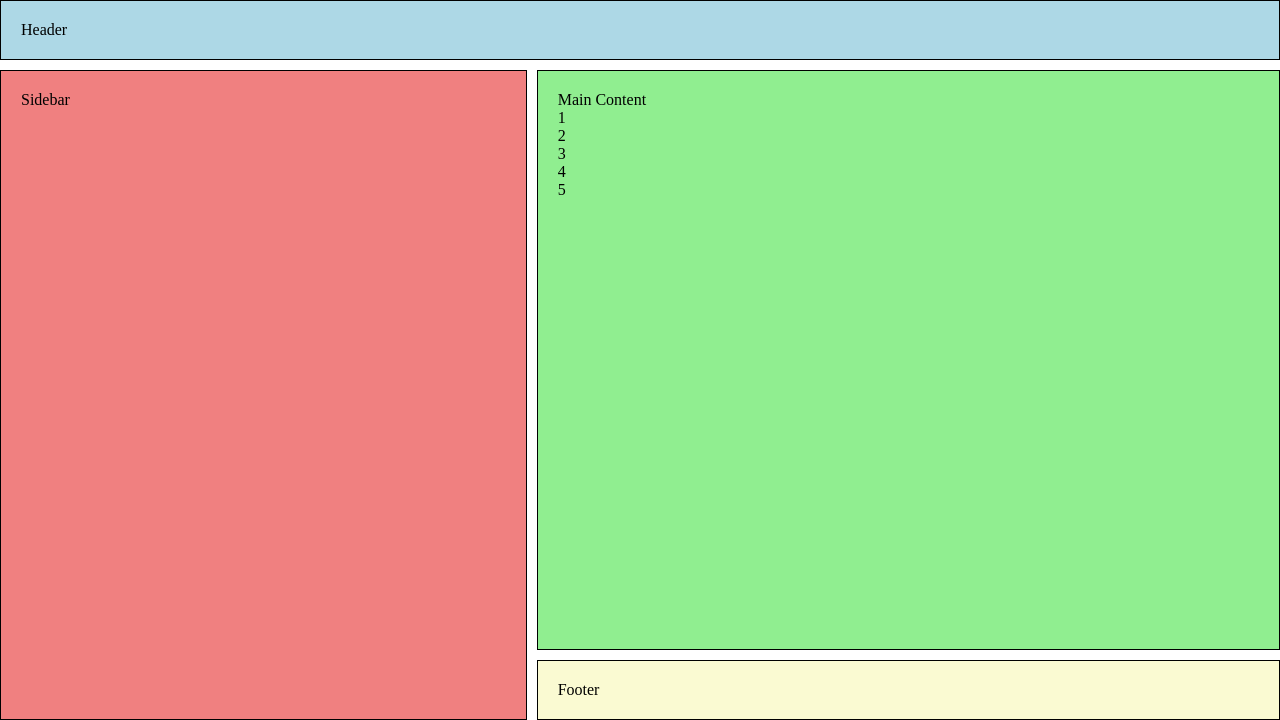
Repository: gustavotwist/desafio-grid
Page: assets/index.html
These files come from the project's save history. The page is drawn as it stood at one moment and after the next save; the edit follows.
The browser window is 1280 px wide. The pictures show the whole page.

Above is the page before, as saved 2024-08-13 19:54:30.

After the next save:
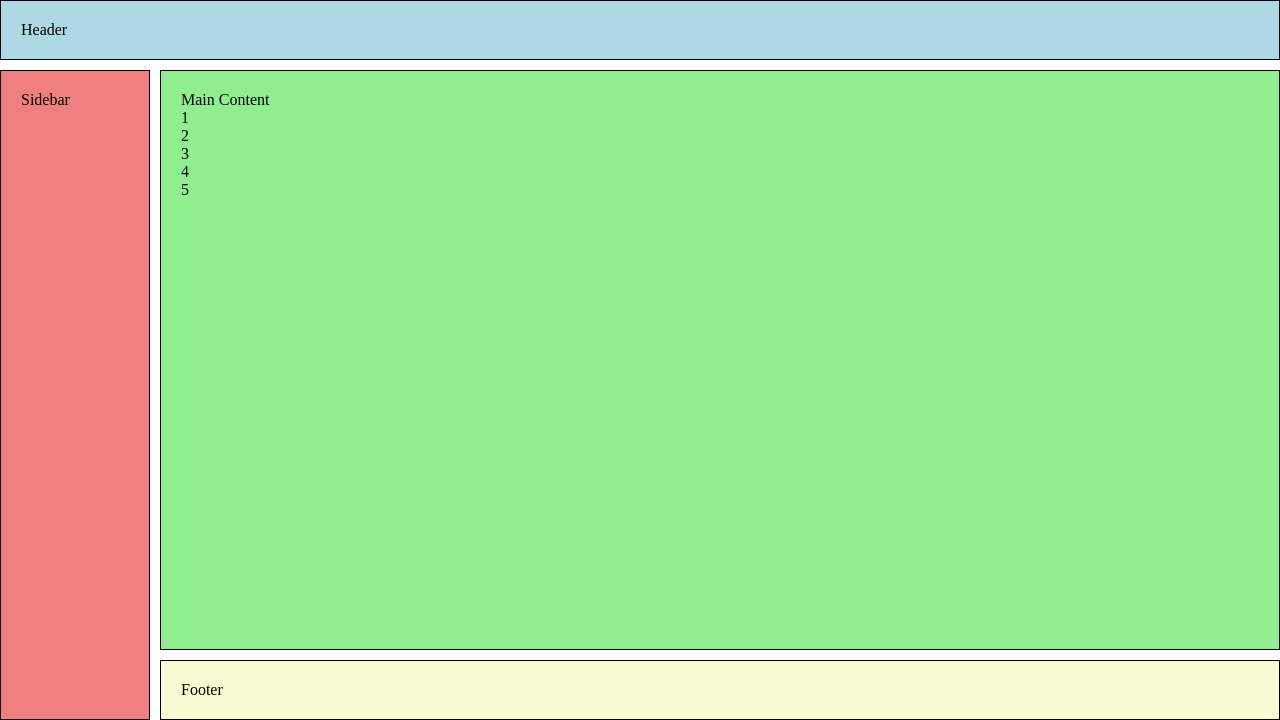
Saved 21 s later.
--- a/assets/css/style.css
+++ b/assets/css/style.css
@@ -10,8 +10,8 @@
     grid-template-rows: auto 1fr auto;
     grid-template-areas:
         "header header header header"
-        "sidebar sidebar main main"
-        "sidebar sidebar footer footer";
+        "sidebar main main main"
+        "sidebar footer footer footer";
     gap: 10px; /* Espaçamento entre os itens */
 }
 
